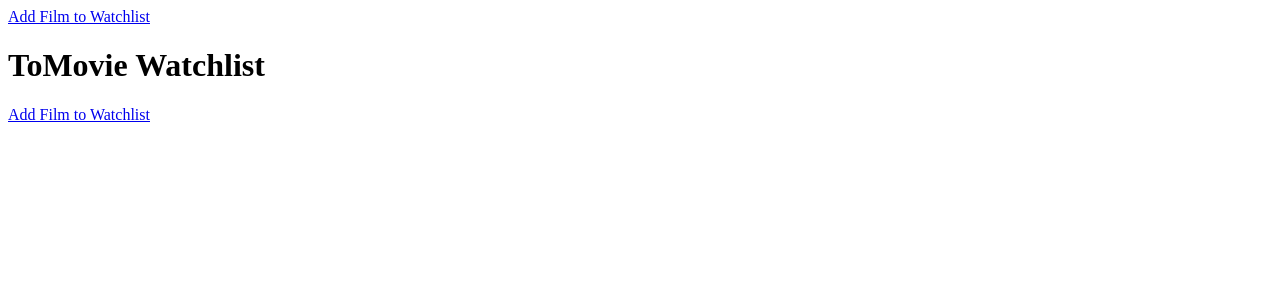
Repository: dannie-su-sjsu/CS157A-team6
Page: http://localhost/ToMovie/ViewServlet
The author's editor kept a copy of each file at every save. The page is drawn from the files as they stood at one save, then again after the next save.
The browser window is 1280 px wide. The pictures show the whole page.
The page is served by Tomcat 9. Other server files are loaded and not shown.

Above is the page before, as saved 2023-07-21 04:18:44.

### ToMovie/src/main/java/ViewServlet.java
import java.io.PrintWriter;
import java.util.List;

import java.io.IOException;
import javax.servlet.ServletException;
import javax.servlet.annotation.WebServlet;
import javax.servlet.http.HttpServlet;
import javax.servlet.http.HttpServletRequest;
import javax.servlet.http.HttpServletResponse;

/**
 * Servlet implementation class ViewServlet
 */
@WebServlet("/ViewServlet")
public class ViewServlet extends HttpServlet {
	private static final long serialVersionUID = 1L;

    /**
     * @see HttpServlet#HttpServlet()
     */
    public ViewServlet() {
        super();
    }

	/**
	 * @see HttpServlet#doGet(HttpServletRequest request, HttpServletResponse response)
	 */
	protected void doGet(HttpServletRequest request, HttpServletResponse response) throws ServletException, IOException {
		//response.getWriter().append("Served at: ").append(request.getContextPath());
		response.setContentType("text/html");
		PrintWriter out=response.getWriter();
		out.println("<a href='AddFilm.html'>Add Film to Watchlist</a>");
	    out.println("<h1>ToMovie Watchlist</h1>");
		out.println("<a href='AddFilm.html'>Add Film to Watchlist</a>");



	}

	/**
	 * @see HttpServlet#doPost(HttpServletRequest request, HttpServletResponse response)
	 */
	protected void doPost(HttpServletRequest request, HttpServletResponse response) throws ServletException, IOException {
		// TODO Auto-generated method stub
		doGet(request, response);
		//*** DISPLAYING WATCHLIST ***///

	}

}

After the next save:
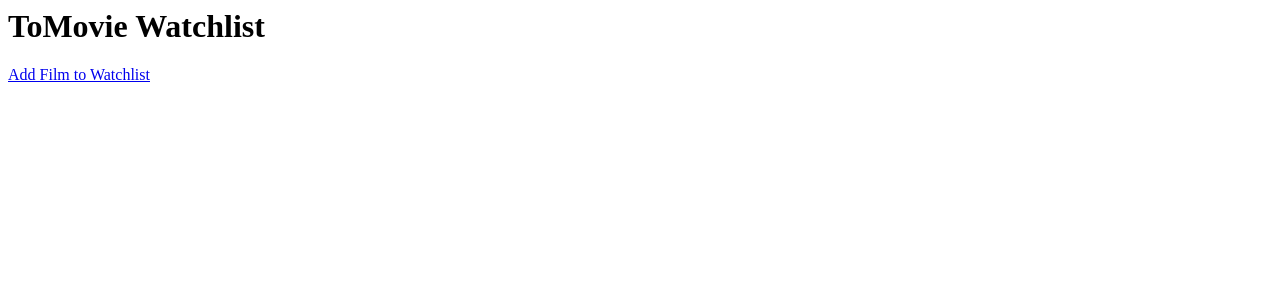
Saved 15 s later.
--- a/ToMovie/src/main/java/ViewServlet.java
+++ b/ToMovie/src/main/java/ViewServlet.java
@@ -26,10 +26,8 @@ public class ViewServlet extends HttpServlet {
 	 * @see HttpServlet#doGet(HttpServletRequest request, HttpServletResponse response)
 	 */
 	protected void doGet(HttpServletRequest request, HttpServletResponse response) throws ServletException, IOException {
-		//response.getWriter().append("Served at: ").append(request.getContextPath());
 		response.setContentType("text/html");
-		PrintWriter out=response.getWriter();
-		out.println("<a href='AddFilm.html'>Add Film to Watchlist</a>");
+		PrintWriter out = response.getWriter();
 	    out.println("<h1>ToMovie Watchlist</h1>");
 		out.println("<a href='AddFilm.html'>Add Film to Watchlist</a>");
 
